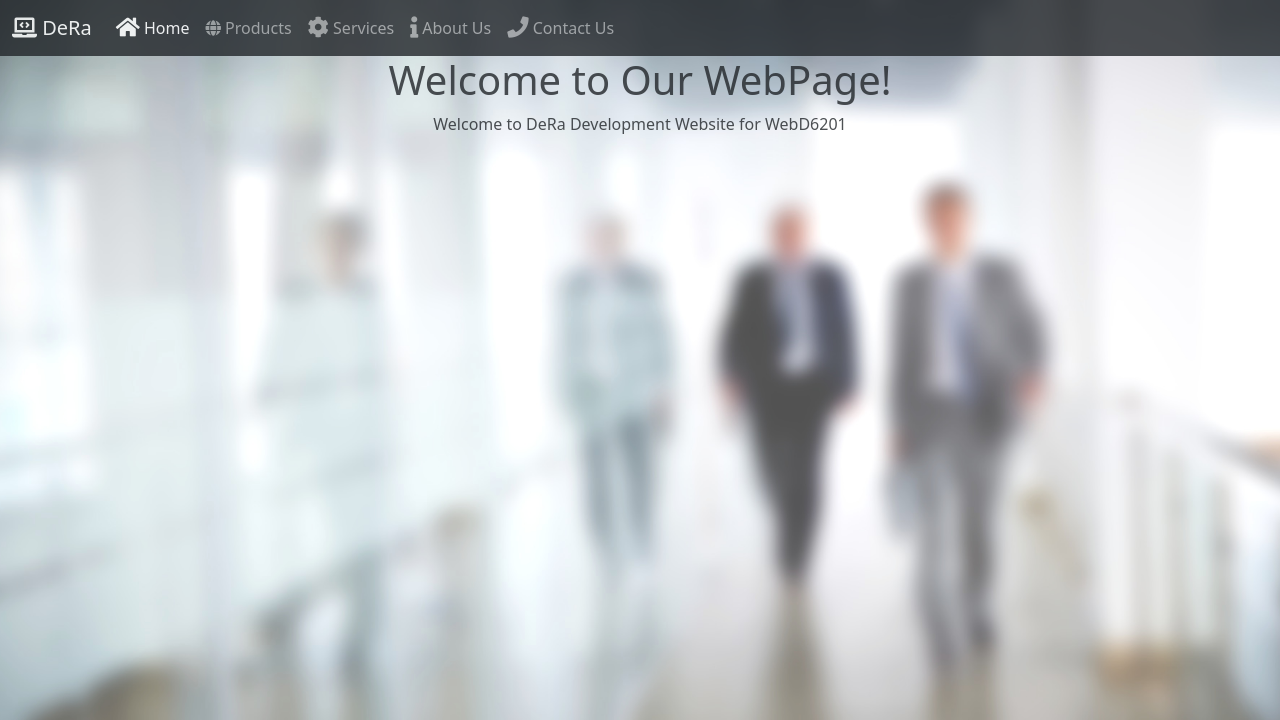
Repository: deividwsantoss/web6201-Lab1
Page: index.html
The author's editor kept a copy of each file at every save. The page is drawn from the files as they stood at one save, then again after the next save.
The browser window is 1280 px wide. The pictures show the whole page.

Above is the page before, as saved 2021-02-02 23:04:33.

After the next save:
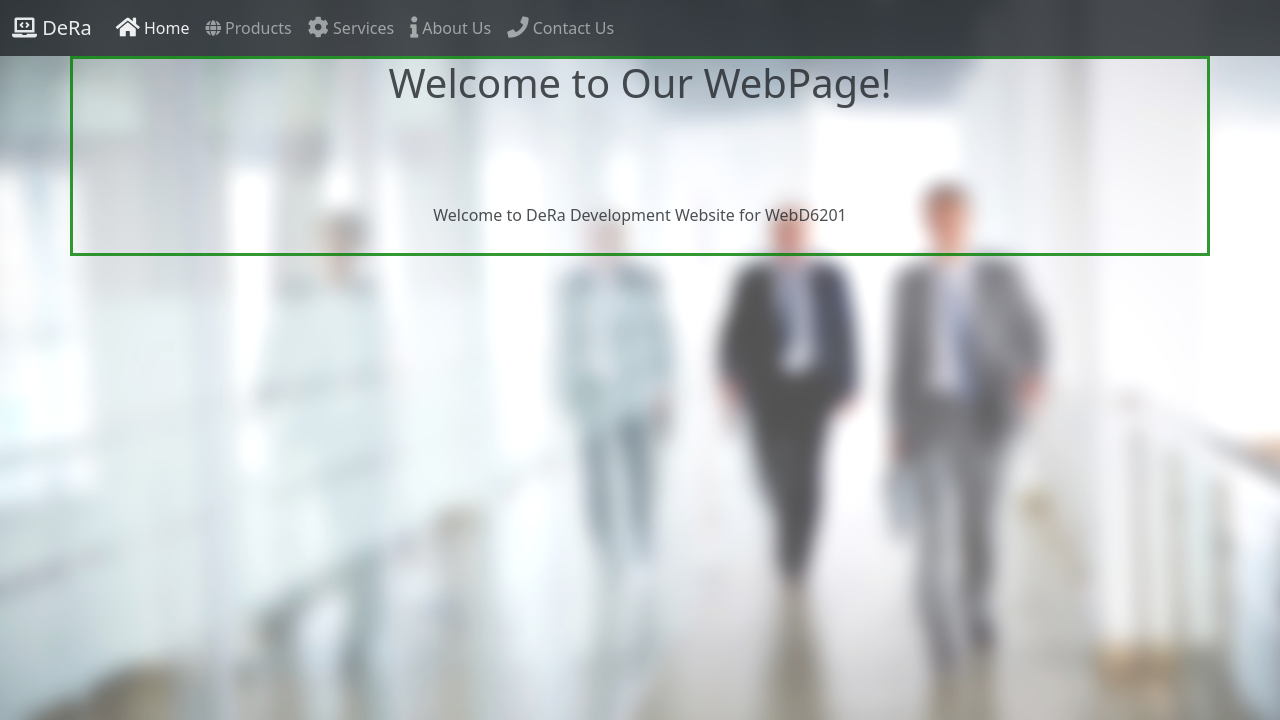
Saved 90 s later.
--- a/Content/app.css
+++ b/Content/app.css
@@ -40,3 +40,11 @@ body,html{
     background-position: center;
     opacity: 0.8;
 }
+
+.container{
+    line-height: 200px;
+    height: 200px;
+    border: 3px solid green;
+    text-align: center;
+
+}
